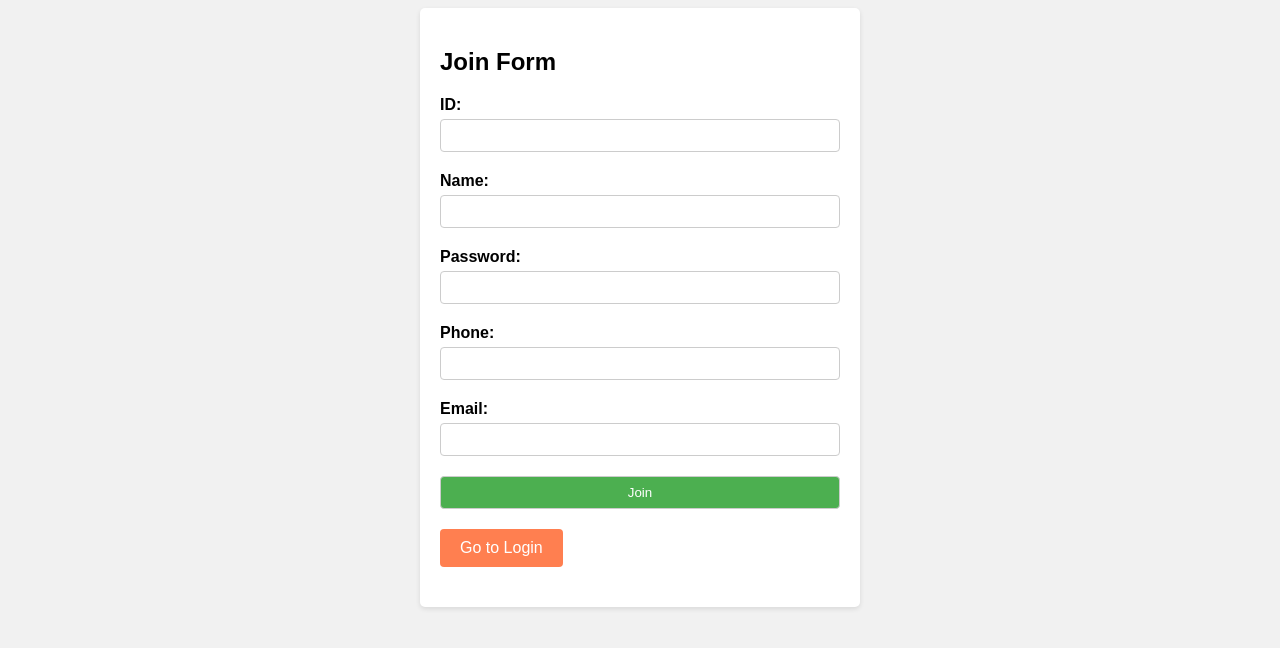
Repository: i-kemen/jsp
Page: WebTest/src/main/webapp/join.html
The author's editor kept a copy of each file at every save. The page is drawn from the files as they stood at one save, then again after the next save.
The browser window is 1280 px wide. The pictures show the whole page.

Above is the page before, as saved 2023-06-26 11:03:42.

### WebTest/src/main/webapp/join.html
<!DOCTYPE html>
<html>
<head>
    <meta charset="UTF-8">
    <title>Join Form</title>
    <style>
        body {
            font-family: Arial, sans-serif;
            background-color: #f1f1f1;
        }

        .container {
            max-width: 400px;
            margin: 0 auto;
            padding: 20px;
            background-color: #fff;
            border-radius: 5px;
            box-shadow: 0 2px 5px rgba(0, 0, 0, 0.1);
        }

        .form-group {
            margin-bottom: 20px;
        }

        .form-group label {
            display: block;
            margin-bottom: 5px;
            font-weight: bold;
        }

        .form-group input {
            width: 100%;
            padding: 8px;
            border: 1px solid #ccc;
            border-radius: 4px;
            box-sizing: border-box;
        }

        .form-group input[type="submit"] {
            background-color: #4CAF50;
            color: #fff;
            cursor: pointer;
        }

        .form-group input[type="submit"]:hover {
            background-color: #45a049;
        }

        .error-message {
            color: #ff0000;
            margin-top: 5px;
        }

        .form-group a {
            display: inline-block;
            background-color: #007bff;
            color: #fff;
            padding: 10px 20px;
            border-radius: 4px;
            text-decoration: none;
        }

        .form-group a:hover {
            background-color: #0069d9;
        }

        /* 수정된 부분 */
        .form-group a.login-link {
            background-color: #ff7f50;
        }

        .form-group a.login-link:hover {
            background-color: #ff6347;
        }
    </style>
    <script>
        function validateForm() {
            var password = document.getElementById("password").value;
            var phone = document.getElementById("phone").value;
            var email = document.getElementById("email").value;
            var passwordPattern = /^(?=.*[a-zA-Z])(?=.*[0-9]).{4,}$/;
            var phonePattern = /^010-\d{4}-\d{4}$/;
            var emailPattern = /^\w+([\.-]?\w+)*@\w+([\.-]?\w+)*(\.\w{2,3})+$/;

            if (!passwordPattern.test(password)) {
                alert("비밀번호는 영문과 숫자를 혼합하여 최소 4글자 이상으로 입력해주세요.");
                return false;
            }

            if (!phonePattern.test(phone)) {
                alert("전화번호를 010-0000-0000 형식으로 입력해주세요.");
                return false;
            }

            if (!emailPattern.test(email)) {
                alert("유효한 이메일 주소를 입력해주세요.");
                return false;
            }

            return true;
        }
    </script>
</head>
<body>
    <div class="container">
        <h2>Join Form</h2>
        <form method="post" action="JoinOk" onsubmit="return validateForm()">
            <div class="form-group">
                <label for="id">ID:</label>
                <input type="text" id="id" name="id" required>
            </div>
            <div class="form-group">
                <label for="name">Name:</label>
                <input type="text" id="name" name="name" required>
            </div>
            <div class="form-group">
                <label for="password">Password:</label>
                <input type="password" id="password" name="password" required>
            </div>
            <div class="form-group">
                <label for="phone">Phone:</label>
                <input type="text" id="phone" name="phone" required>
            </div>
            <div class="form-group">
                <label for="email">Email:</label>
                <input type="email" id="email" name="email" required>
            </div>
            <div class="form-group">
                <input type="submit" value="Join">
            </div>
        </form>

        <div class="form-group">
            <a href="login.html" class="login-link">Go to Login</a>
        </div>
    </div>
</body>
</html>

After the next save:
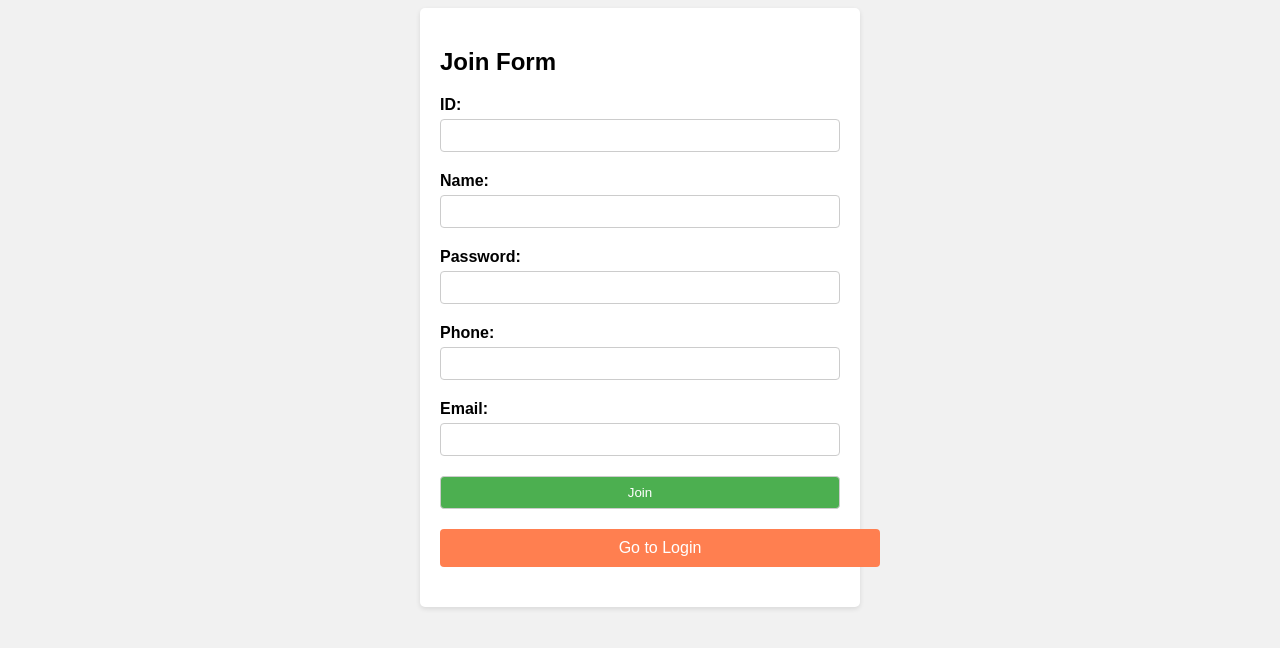
Saved 55 s later.
--- a/WebTest/src/main/webapp/join.html
+++ b/WebTest/src/main/webapp/join.html
@@ -40,6 +40,7 @@
             background-color: #4CAF50;
             color: #fff;
             cursor: pointer;
+            width: 100%;
         }
 
         .form-group input[type="submit"]:hover {
@@ -58,6 +59,8 @@
             padding: 10px 20px;
             border-radius: 4px;
             text-decoration: none;
+            width: 100%;
+            text-align: center;
         }
 
         .form-group a:hover {
